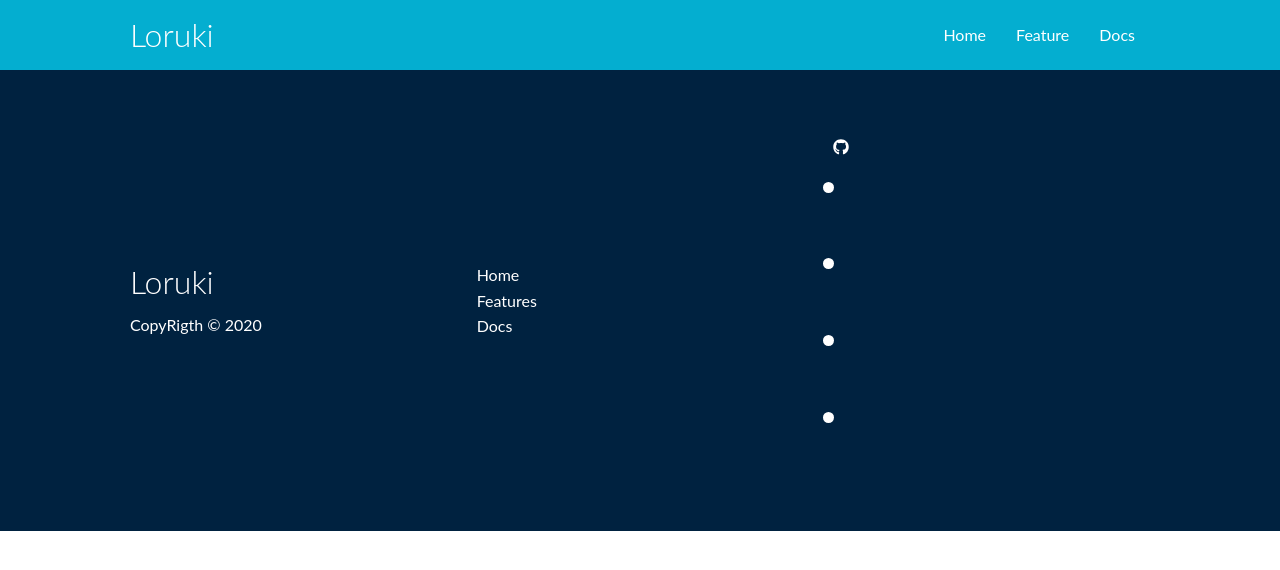
Repository: MosiurRrahman/loruki-app-reactjs
Page: /
An editor plug-in stored every save of this project. The page is shown before and after the next save, followed by the edit.
The browser window is 1280 px wide. The pictures show the whole page.
The project was rebuilt for these pictures with package versions that can differ from the ones it lists, and the page was loaded fresh each time.

Above is the page before, as saved 2021-10-05 12:11:00.

After the next save:
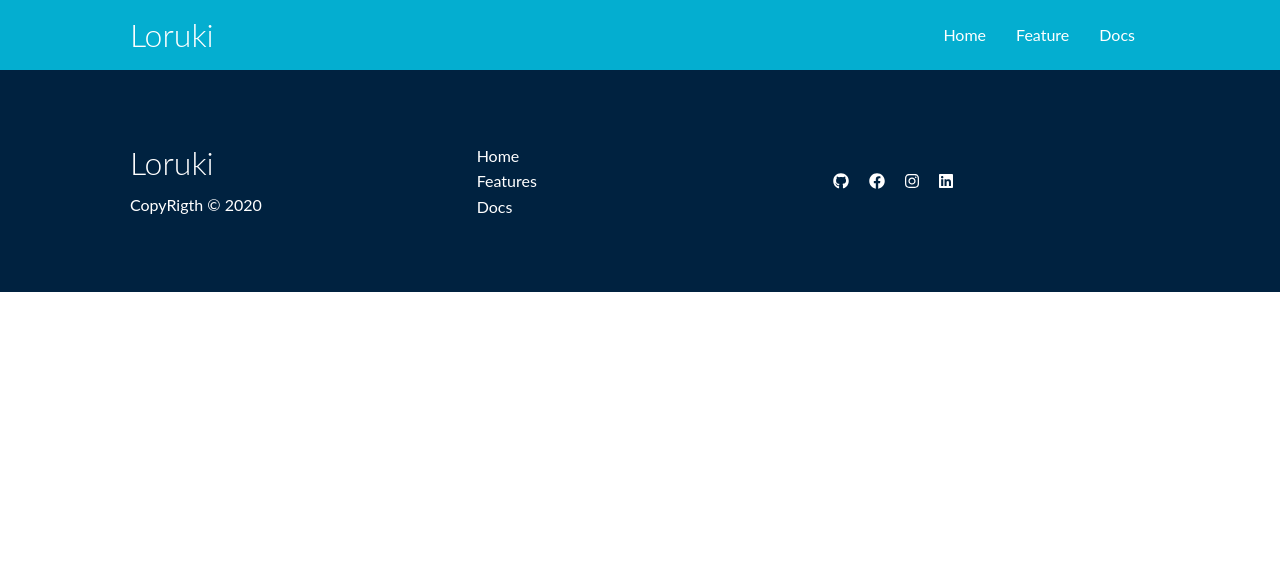
Saved 2 min 59 s later.
--- a/src/components/common/Footer.jsx
+++ b/src/components/common/Footer.jsx
@@ -1,4 +1,9 @@
-import { faGithub } from "@fortawesome/free-brands-svg-icons";
+import {
+  faFacebook,
+  faGithub,
+  faInstagram,
+  faLinkedin,
+} from "@fortawesome/free-brands-svg-icons";
 import { FontAwesomeIcon } from "@fortawesome/react-fontawesome";
 import { Component } from "react";
 
@@ -28,16 +33,15 @@ class Footer extends Component {
             <div class="social">
               <a href="#">
                 <FontAwesomeIcon icon={faGithub} />
-                <li class="fab fa-github fa-2x"></li>
               </a>
               <a href="#">
-                <li class="fab fa-facebook fa-2x"></li>
+                <FontAwesomeIcon icon={faFacebook} />
               </a>
               <a href="#">
-                <li class="fab fa-instagram fa-2x"></li>
+                <FontAwesomeIcon icon={faInstagram} />
               </a>
               <a href="#">
-                <li class="fab fa-linkedin fa-2x"></li>
+                <FontAwesomeIcon icon={faLinkedin} />
               </a>
             </div>
           </div>
